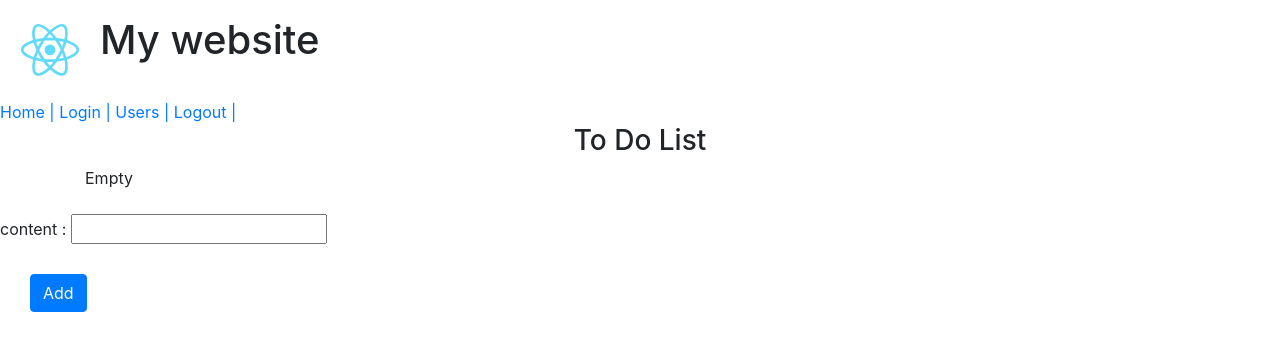
Repository: Marwa-Medhat/ReactJS-Labs
Page: / (app in myapp/)
The author's editor kept a copy of each file at every save. The page is drawn from the files as they stood at one save, then again after the next save.
The browser window is 1280 px wide. The pictures show the whole page.
The project was rebuilt for these pictures with package versions that can differ from the ones it lists, and the page was loaded fresh each time.

Above is the page before, as saved 2021-04-28 21:45:58.

After the next save:
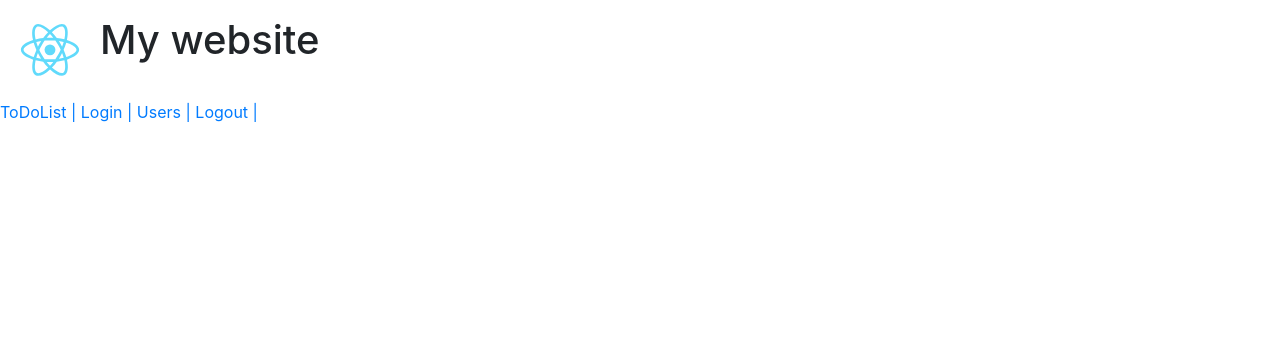
Saved 81 s later.
--- a/myapp/src/main.js
+++ b/myapp/src/main.js
@@ -19,8 +19,8 @@ class App extends React.Component{
         this.state = {
             items:[
             {
-                text:"Home",
-                link:"/home"
+                text:"ToDoList",
+                link:"/todolist"
             },
             {
                 text:"Login",
@@ -60,7 +60,7 @@ class App extends React.Component{
                 <Route path="/login" >
                     <Login />
                 </Route>
-                <Route path="/" >
+                <Route path="/todolist" >
                     <Todo />
                 </Route>
             </Switch>
